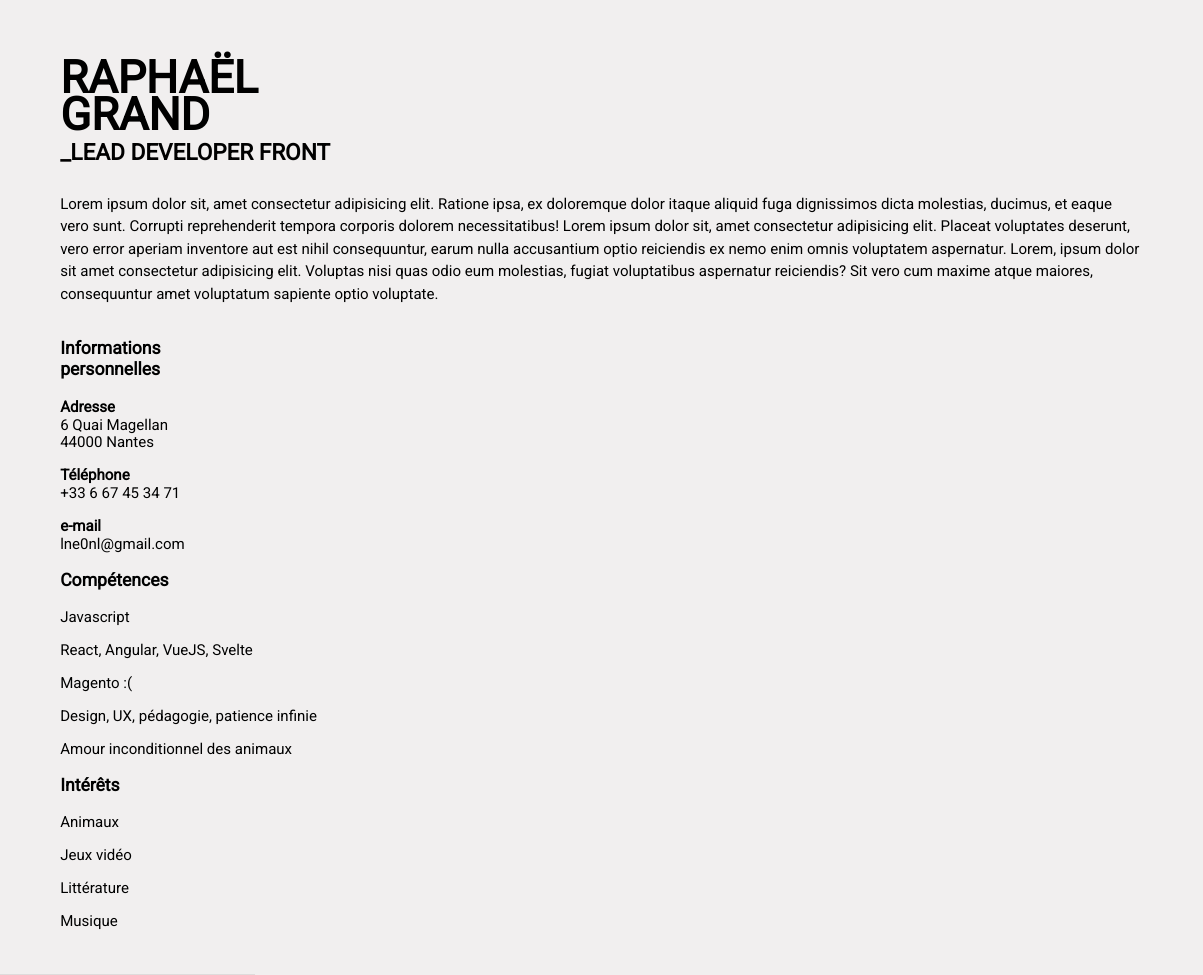
Repository: lne0nl/resume
Page: index.html
The author's editor kept a copy of each file at every save. The page is drawn from the files as they stood at one save, then again after the next save.
The browser window is 1280 px wide. The pictures show the whole page, at 94% of full size.

Above is the page before, as saved 2021-12-10 10:14:41.

After the next save:
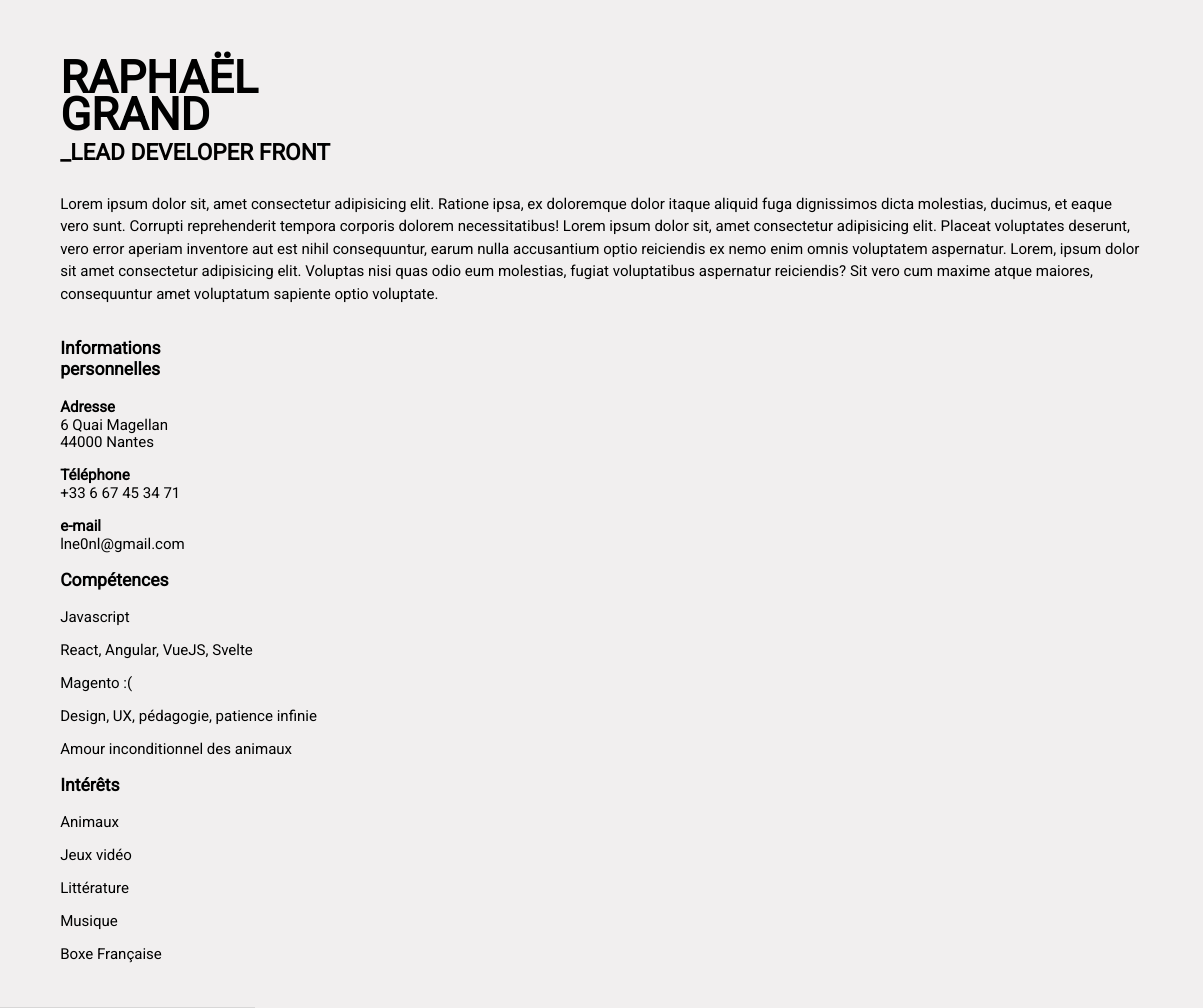
Saved 24 s later.
--- a/index.html
+++ b/index.html
@@ -67,7 +67,7 @@
             <li>Jeux vidéo</li>
             <li>Littérature</li>
             <li>Musique</li>
-
+            <li>Boxe Française</li>
           </ul>
         </article>
       </section>
